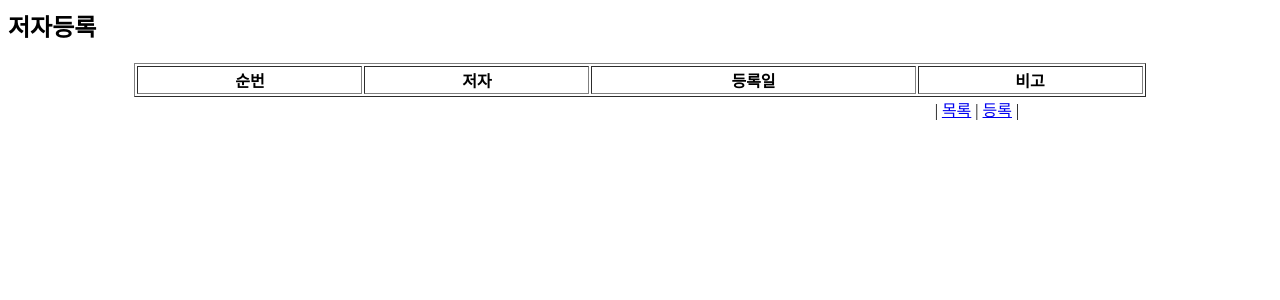
Repository: Mildous/HKIT-BackendClass
Page: http://localhost/jspTest/haksaSihum/edit_sub.jsp
An editor plug-in stored every save of this project. The page is shown before and after the next save, followed by the edit.
The browser window is 1280 px wide. The pictures show the whole page.
The page is served by Tomcat 9.

Above is the page before, as saved 2022-08-16 02:44:18.

After the next save:
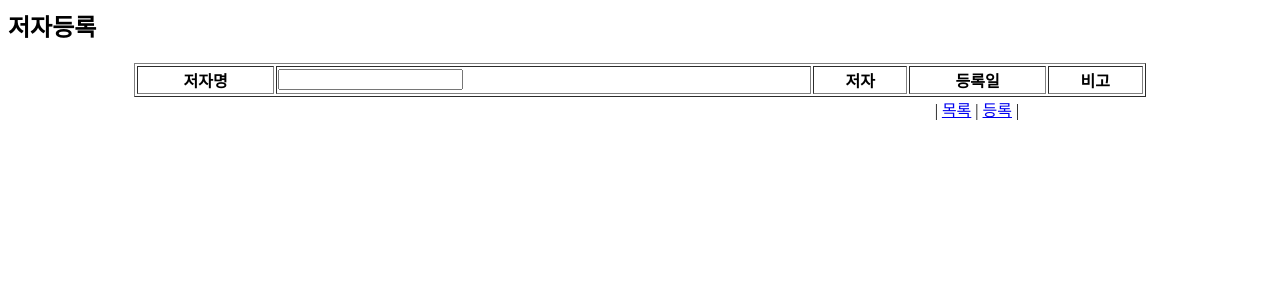
Saved 34 s later.
--- a/workspace/jsp/jspTest/WebContent/haksaSihum/edit_sub.jsp
+++ b/workspace/jsp/jspTest/WebContent/haksaSihum/edit_sub.jsp
@@ -11,7 +11,8 @@
 
 <table border="1" width="80%" align="center">
 	<tr>
-		<th>순번</th>
+		<th>저자명</th>
+		<td><input type="text" name="author"></td>
 		<th>저자</th>
 		<th>등록일</th>
 		<th>비고</th>
